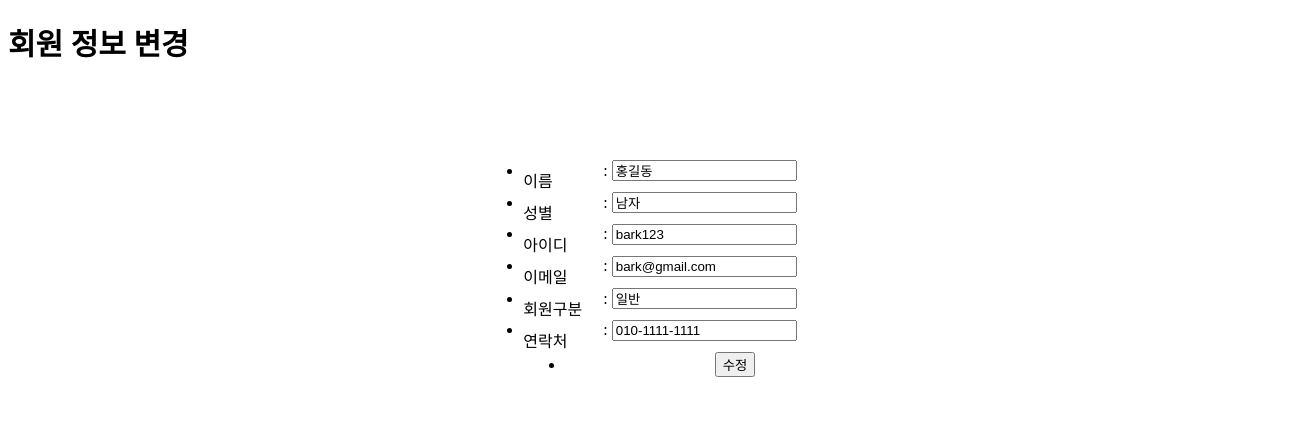
Repository: jngwk/Project-Bark
Page: http://localhost/Bark/include/userEditProfileFrm.jsp
These files come from the project's save history. The page is drawn as it stood at one moment and after the next save; the edit follows.
The browser window is 1280 px wide. The page is 1292 px wide, so the pictures cover 1292 px, including what lies to the right of the window. The pictures show the whole page.
The page is served by Tomcat 9.

Above is the page before, as saved 2024-03-31 05:03:04.

After the next save:
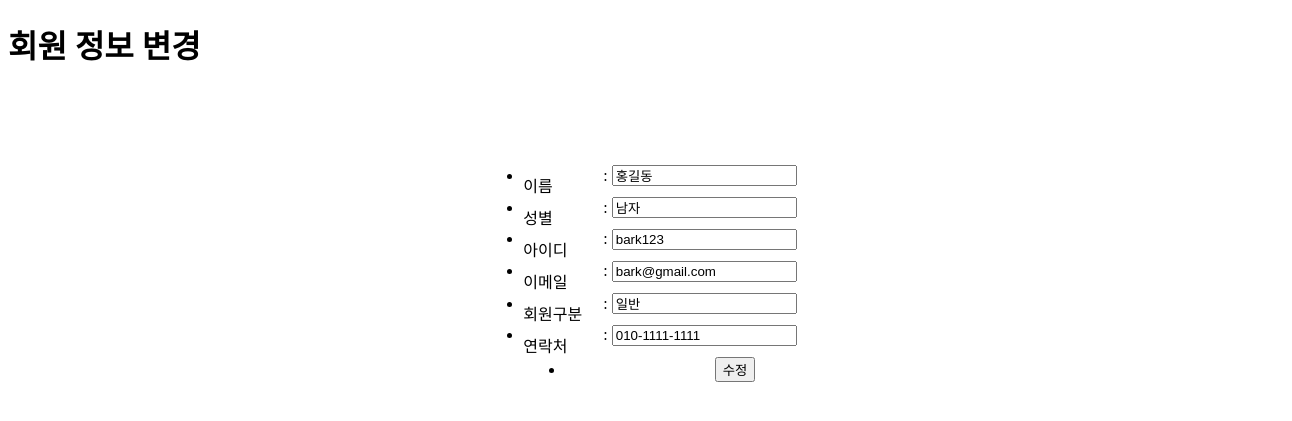
Saved 5 s later.
--- a/java_workspace/Bark/src/main/webapp/include/userEditProfileFrm.jsp
+++ b/java_workspace/Bark/src/main/webapp/include/userEditProfileFrm.jsp
@@ -12,7 +12,7 @@
 <!--  이름 성별 아이디 이메일 회원구분 연락처 연락처2-->
 <body>
 <div class="container">
-	<h1 id="info_header" style="font-size: 30px;">회원 정보 변경</h1>
+	<h1 id="info_header">회원 정보 변경</h1>
 		<div class = "main_info">
 			<ul class = "info-list">
 				<li><span class="label-text">이름</span> :
